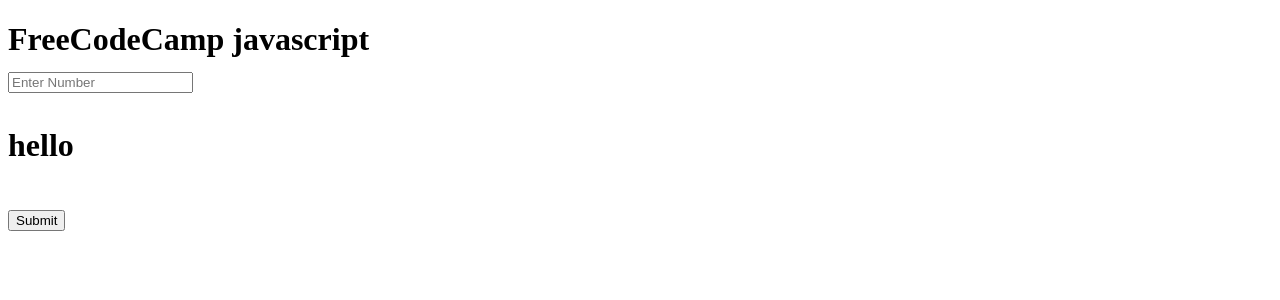
Repository: cuongcay/Clone_YB
Page: FreeCodeCamp.html
The author's editor kept a copy of each file at every save. The page is drawn from the files as they stood at one save, then again after a run of saves.
The browser window is 1280 px wide. The pictures show the whole page.

Above is the page before, as saved 2022-08-02 16:07:18.

After the next 5 saves:
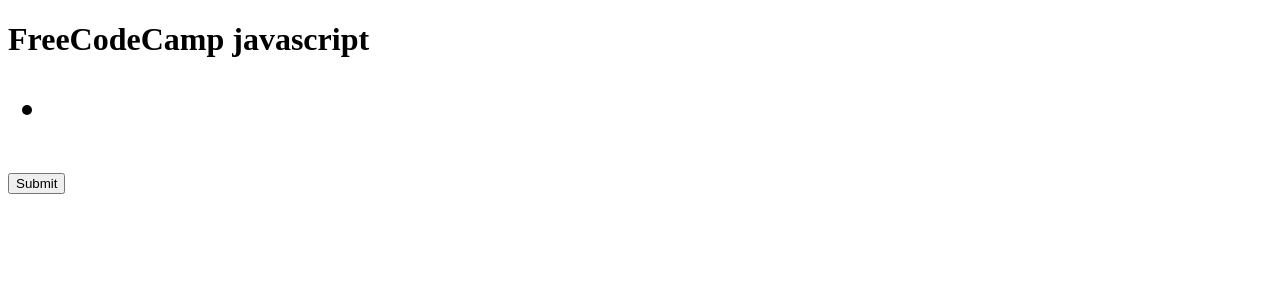
The 5 saves are shown as one change because they came seconds apart.
The last was saved 16 s later.
--- a/FreeCodeCamp.html
+++ b/FreeCodeCamp.html
@@ -10,8 +10,9 @@
     <h1>
         FreeCodeCamp javascript
         <div >
-            <input type="number" id="input" placeholder="Enter Number">
-            <p id="hello">hello</p>
+            <ul>
+                <li></li>
+            </ul>
             <input type="submit" id="submit" value="Submit" onclick="submit()">
 
         </div>
